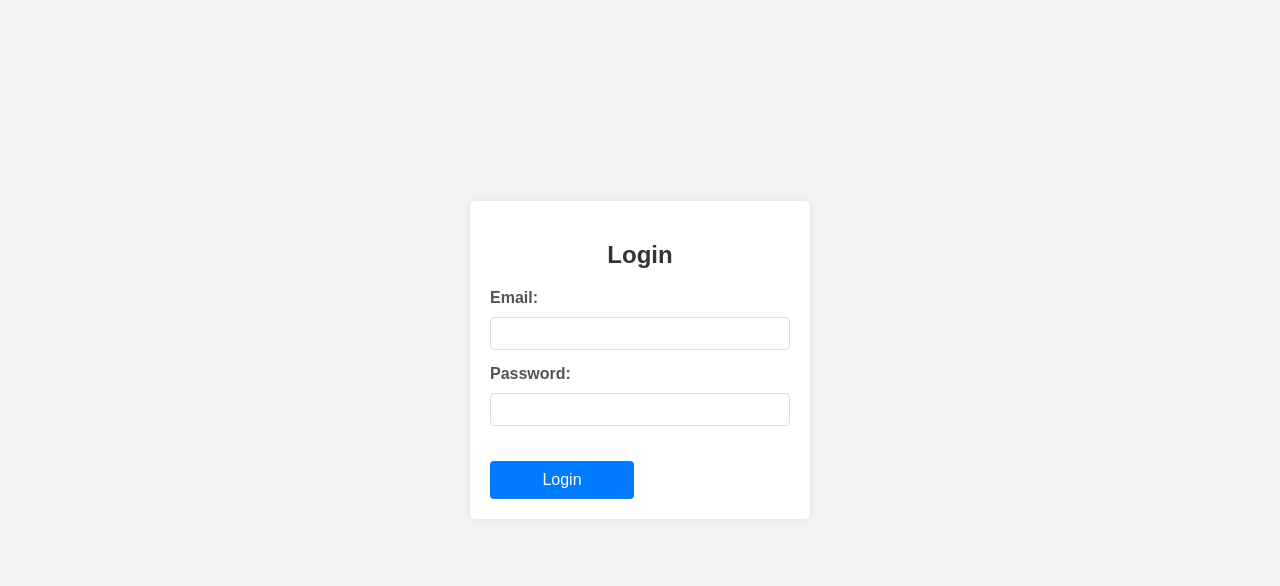
Repository: vinayakGarudi2002/swabhavTrainingProjects
Page: http://localhost/01_banking_application/login.jsp
These files come from the project's save history. The page is drawn as it stood at one moment and after the next save; the edit follows.
The browser window is 1280 px wide. The pictures show the whole page.
The page is served by Tomcat 9.

Above is the page before, as saved 2024-08-12 13:41:49.

After the next save:
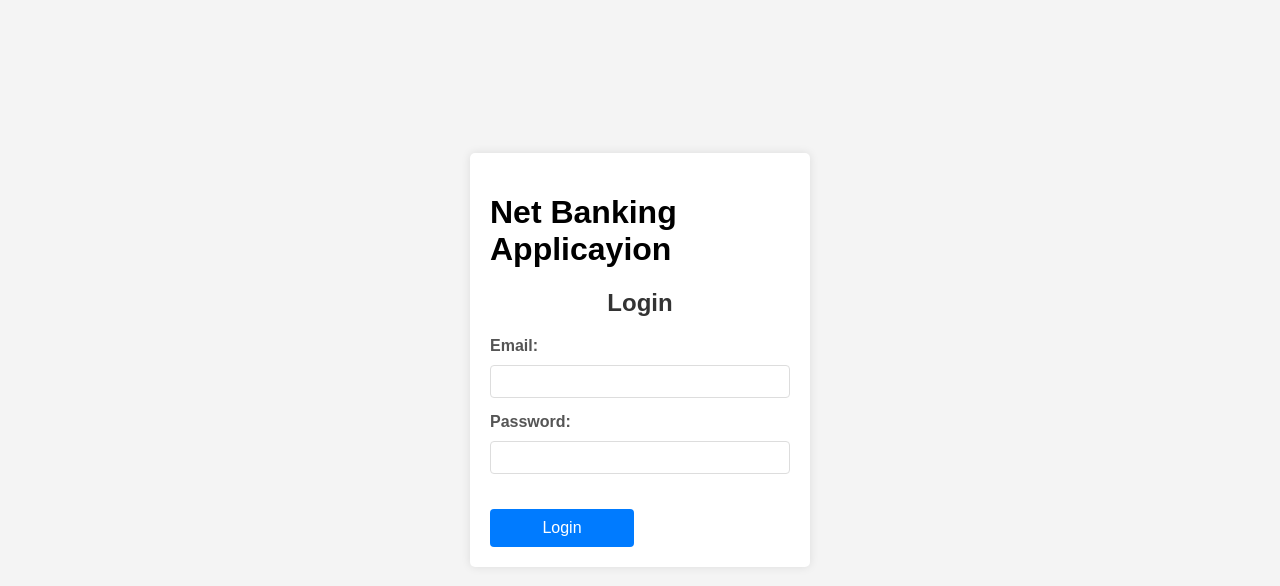
Saved 42 s later.
--- a/01_banking_application/WebContent/login.jsp
+++ b/01_banking_application/WebContent/login.jsp
@@ -9,6 +9,7 @@
 </head>
 <body>
     <div class="login-container">
+    <h1>Net Banking Applicayion</h1>
         <h2>Login</h2>
         <form action="LoginServlet" method="post">
             <div class="form-group">
